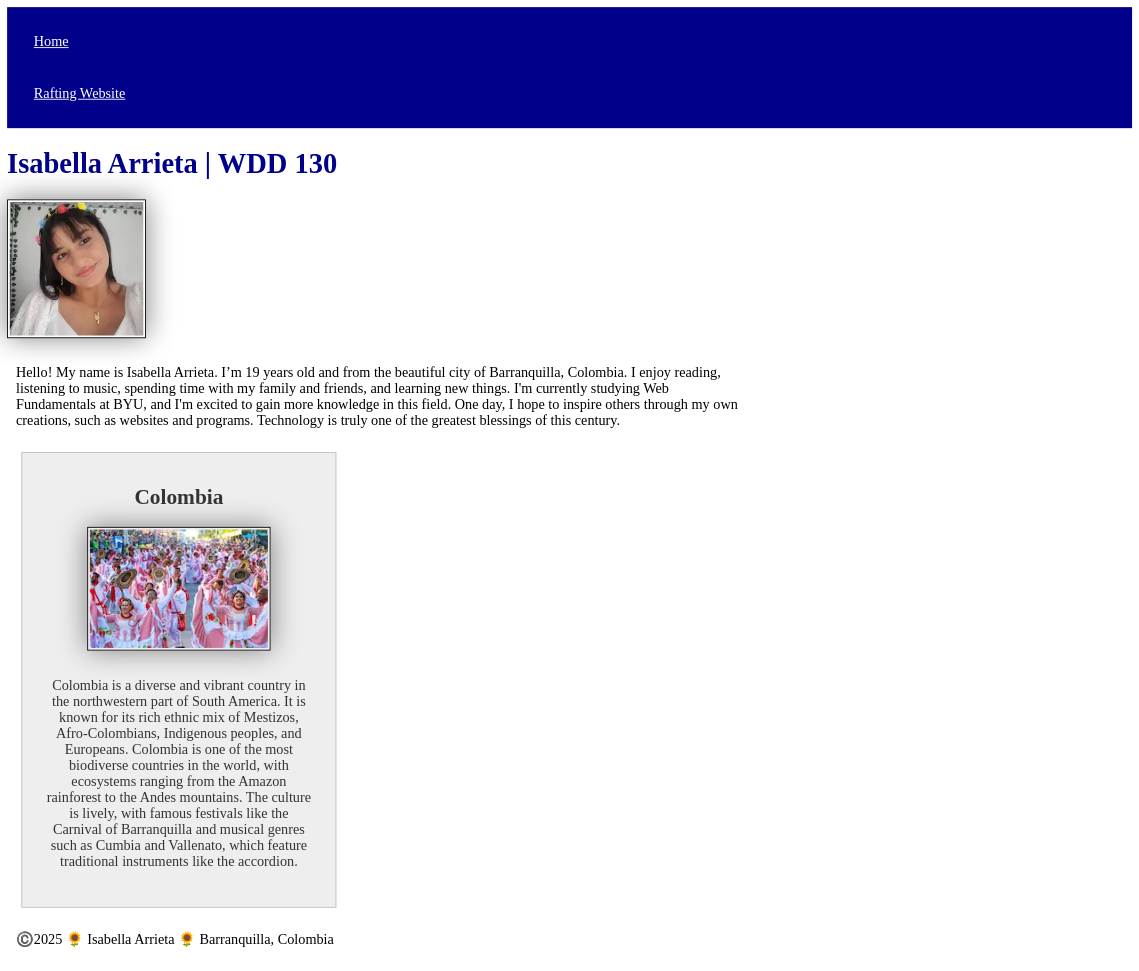
Repository: isaAJ05/wdd130
Page: index.html
These files come from the project's save history. The page is drawn as it stood at one moment and after the next save; the edit follows.
The browser window is 1280 px wide. The pictures show the whole page, at 89% of full size.

Above is the page before, as saved 2025-05-15 12:48:02.

After the next save:
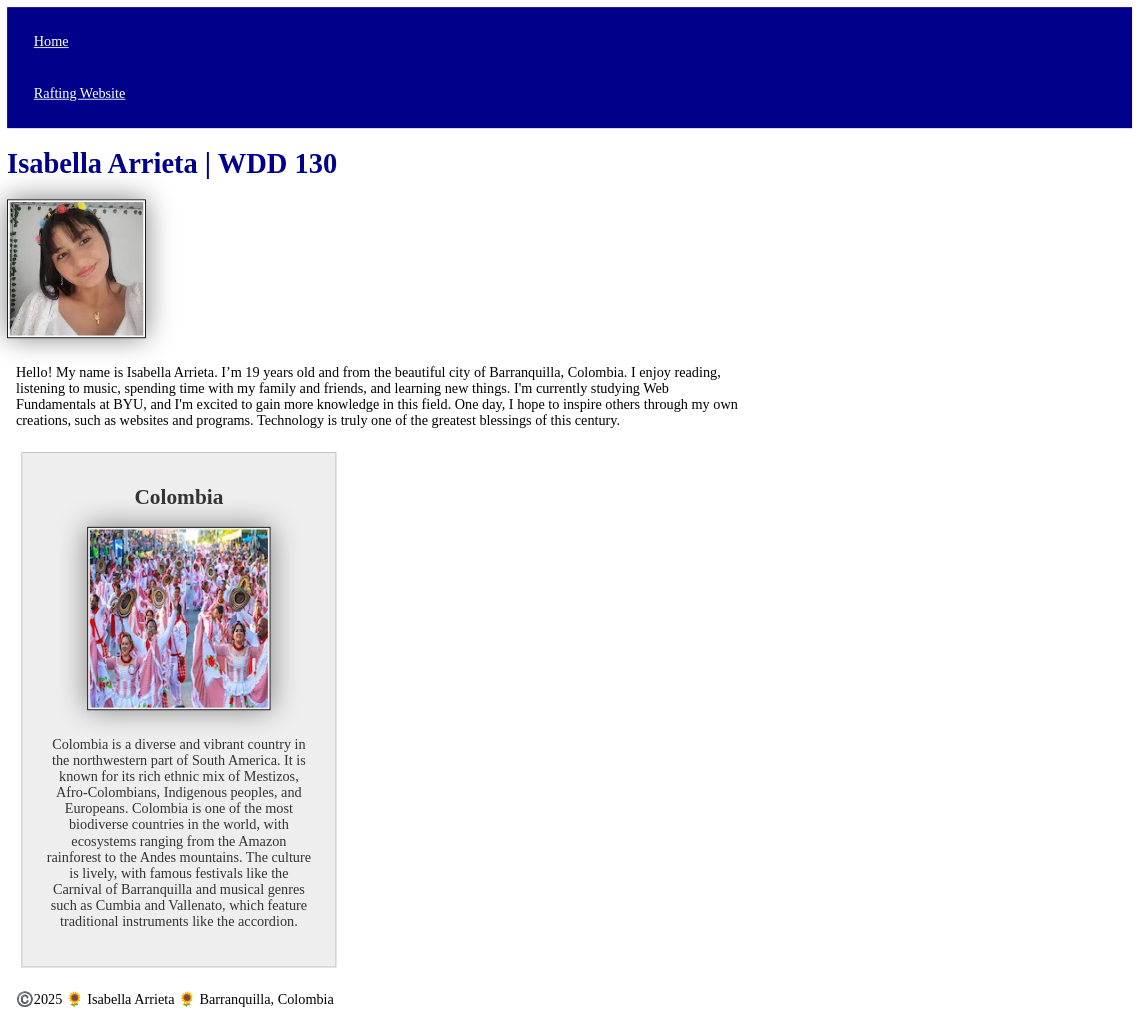
Saved 6 min 7 s later.
--- a/index.html
+++ b/index.html
@@ -22,7 +22,7 @@
         </main>
         <aside>
             <h2>Colombia</h2>
-            <img src="images/cumbia.webp" alt="This is Cumbia a famous dance from Colombia" width="200">
+            <img src="images/cumbia-2.webp" alt="This is Cumbia a famous dance from Colombia" width="200">
             <p>Colombia is a diverse and vibrant country in the northwestern part of South America. It is known for its rich ethnic mix of Mestizos, Afro-Colombians, Indigenous peoples, and Europeans. Colombia is one of the most biodiverse countries in the world, with ecosystems ranging from the Amazon rainforest to the Andes mountains. The culture is lively, with famous festivals like the Carnival of Barranquilla and musical genres such as Cumbia and Vallenato, which feature traditional instruments like the accordion.</p>
         </aside>
         <footer>

After the save that followed:
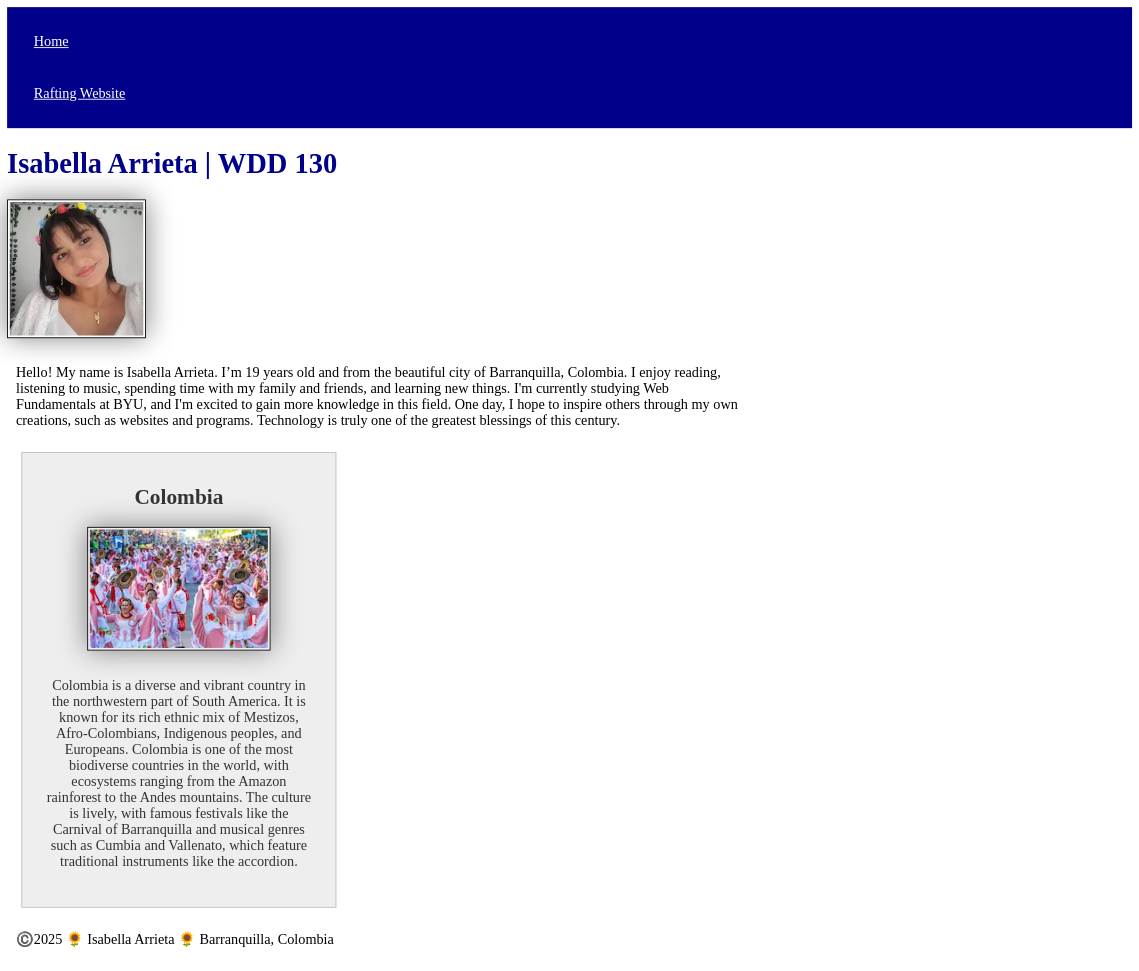
Saved 30 s later.
--- a/index.html
+++ b/index.html
@@ -22,7 +22,7 @@
         </main>
         <aside>
             <h2>Colombia</h2>
-            <img src="images/cumbia-2.webp" alt="This is Cumbia a famous dance from Colombia" width="200">
+            <img src="images/cumbia.webp" alt="This is Cumbia a famous dance from Colombia" width="200">
             <p>Colombia is a diverse and vibrant country in the northwestern part of South America. It is known for its rich ethnic mix of Mestizos, Afro-Colombians, Indigenous peoples, and Europeans. Colombia is one of the most biodiverse countries in the world, with ecosystems ranging from the Amazon rainforest to the Andes mountains. The culture is lively, with famous festivals like the Carnival of Barranquilla and musical genres such as Cumbia and Vallenato, which feature traditional instruments like the accordion.</p>
         </aside>
         <footer>
